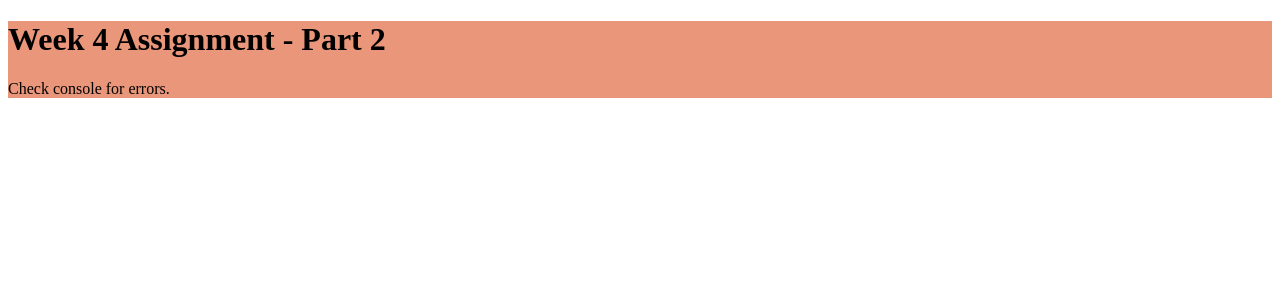
Repository: Ellusionism/prime-pw-week-4-assignment-part-2
Page: assignment/index.html
The author's editor kept a copy of each file at every save. The page is drawn from the files as they stood at one save, then again after the next save.
The browser window is 1280 px wide. The pictures show the whole page.

Above is the page before, as saved 2022-11-16 17:42:20.

### assignment/index.html
<!DOCTYPE html>
<meta name="viewport" content="width=device-width">
<html lang="en-US">
  <head>
    <meta charset="utf-8">
    <title>Week 4 Assignment</title>
    <link rel="stylesheet" href="stylesheet.css"></link>
    <!-- Create and CSS file -->
  </head>
  <body>
    <header class="homepageHeader">
      <h1>Week 4 Assignment - Part 2</h1>
      <p>Check console for errors.</p>
  </header>
  </body>
</html>

### assignment/stylesheet.css
body {
 background-color:
}

.homepageHeader {
 background-color:darksalmon
}

After the next save:
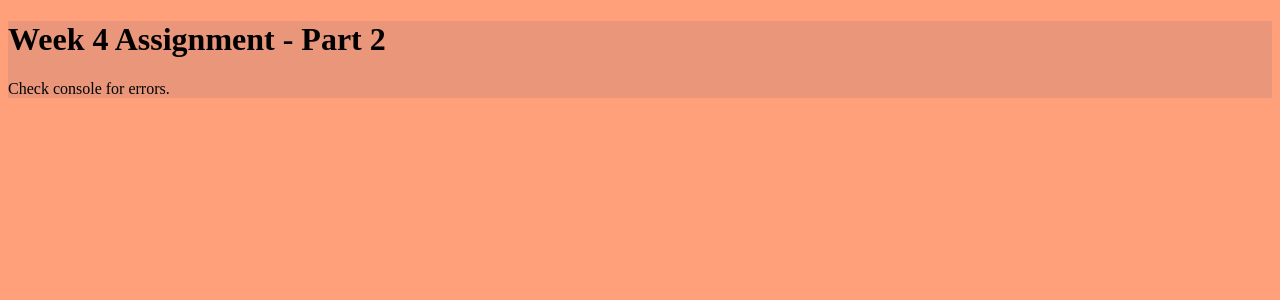
Saved 23 s later.
--- a/assignment/stylesheet.css
+++ b/assignment/stylesheet.css
@@ -1,5 +1,5 @@
 body {
- background-color:
+ background-color:lightsalmon
 }
 
 .homepageHeader {

After the save that followed:
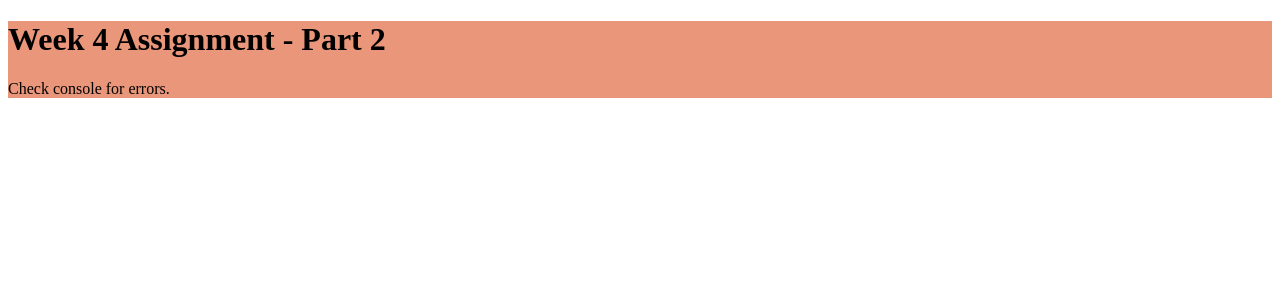
Saved 7 s later.
--- a/assignment/stylesheet.css
+++ b/assignment/stylesheet.css
@@ -1,5 +1,5 @@
 body {
- background-color:lightsalmon
+ background-color:
 }
 
 .homepageHeader {
